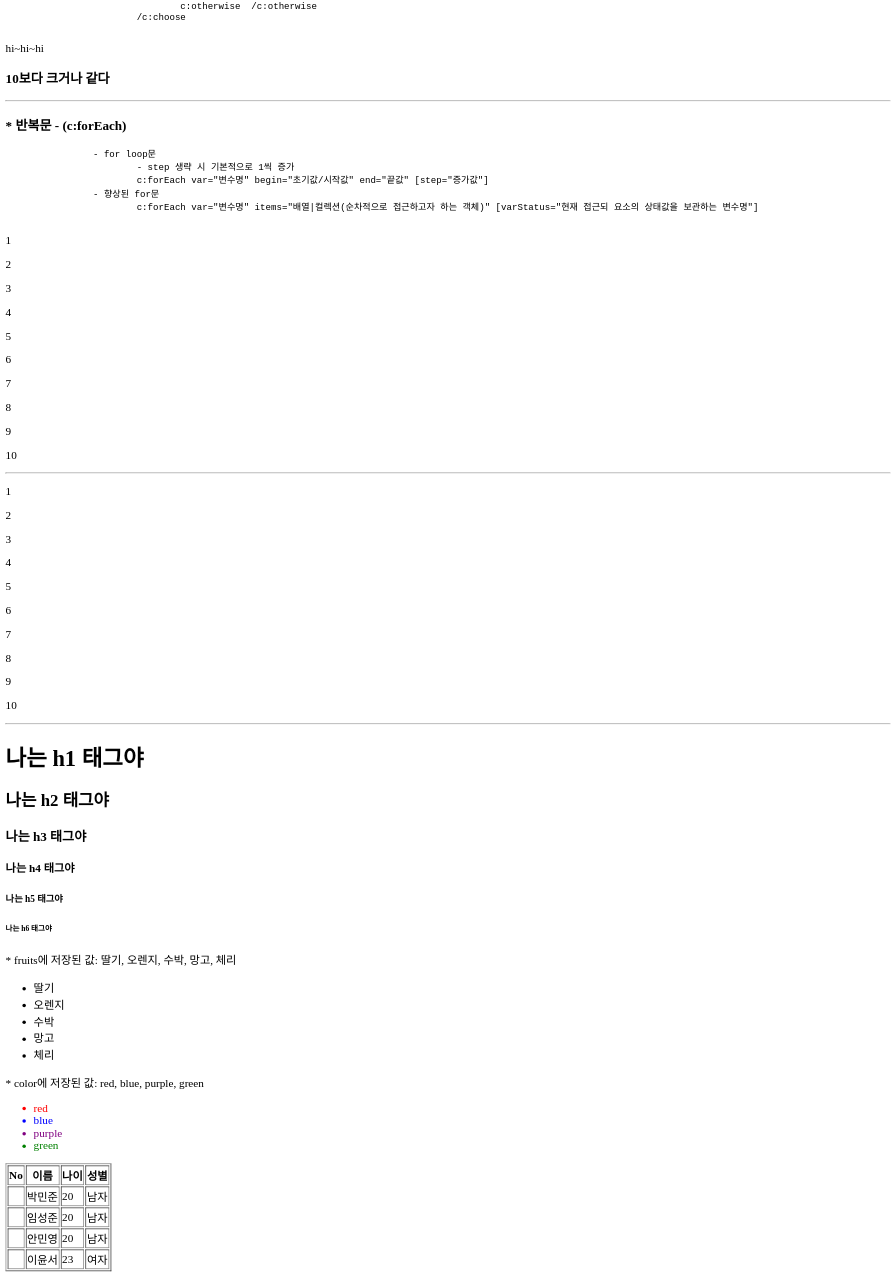
Repository: yoonseo0832/workspace
Page: http://localhost/2_jsp/views/4_CustomAction/2_core.jsp
These files come from the project's save history. The page is drawn as it stood at one moment and after the next save; the edit follows.
The browser window is 1280 px wide. The pictures show the part of the page from y = 1190 to 3110 px (the page is 3014 px tall before and 3110 px after), at 70% of full size.
The page is served by Tomcat 9.

Above is the page before, as saved 2025-03-21 06:04:57.

After the next save:
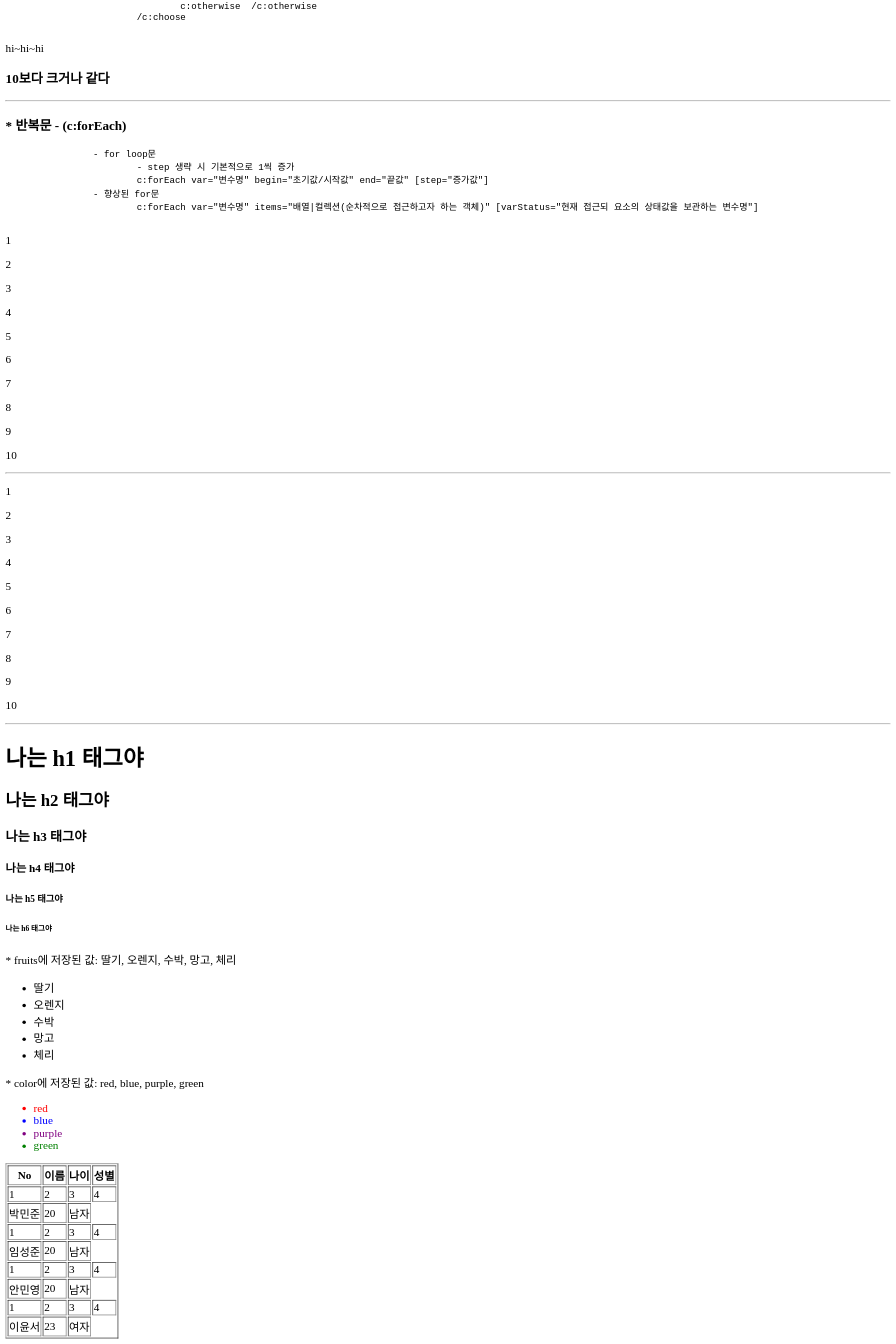
Saved 13 s later.
--- a/05_server/2_jsp/src/main/webapp/views/4_CustomAction/2_core.jsp
+++ b/05_server/2_jsp/src/main/webapp/views/4_CustomAction/2_core.jsp
@@ -218,9 +218,9 @@
 				</c:when>
 				<c:otherwise>
 					<c:forEach var="l" items="${list}">
-					<c:forEach var="i" begin="1" end="4"></c:forEach>
+					<c:forEach var="i" begin="1" end="4"><td>${i}</td></c:forEach>
 						<tr>
-							<td>${i}</td>
+
 							<td>${l.name }</td>
 							<td>${l.age }</td>
 							<td>${l.gender }</td>

After the save that followed:
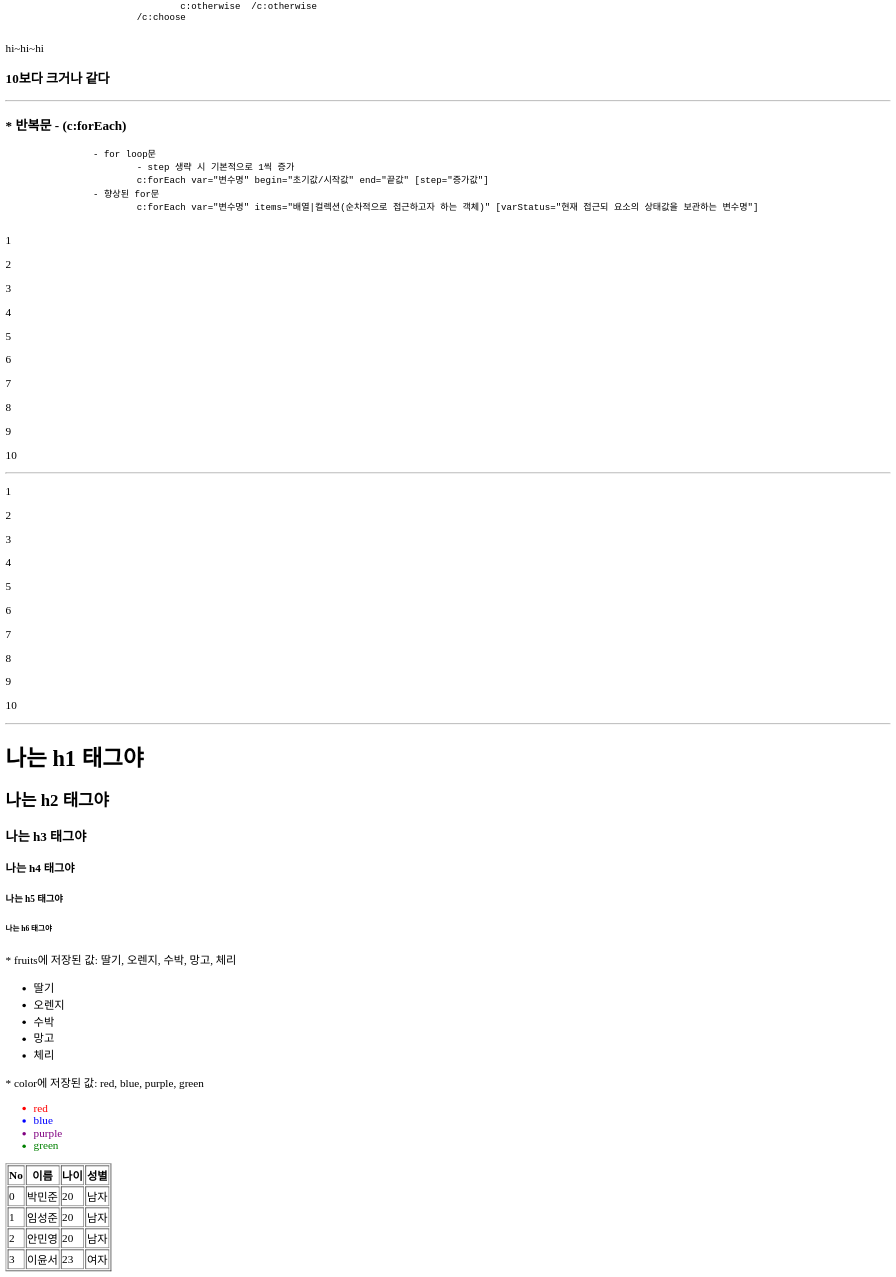
Saved 67 s later.
--- a/05_server/2_jsp/src/main/webapp/views/4_CustomAction/2_core.jsp
+++ b/05_server/2_jsp/src/main/webapp/views/4_CustomAction/2_core.jsp
@@ -217,10 +217,9 @@
 					</tr>
 				</c:when>
 				<c:otherwise>
-					<c:forEach var="l" items="${list}">
-					<c:forEach var="i" begin="1" end="4"><td>${i}</td></c:forEach>
+					<c:forEach var="l" items="${list}" varStatus="vs">
 						<tr>
-
+							<td>${vs.index }</td>
 							<td>${l.name }</td>
 							<td>${l.age }</td>
 							<td>${l.gender }</td>
